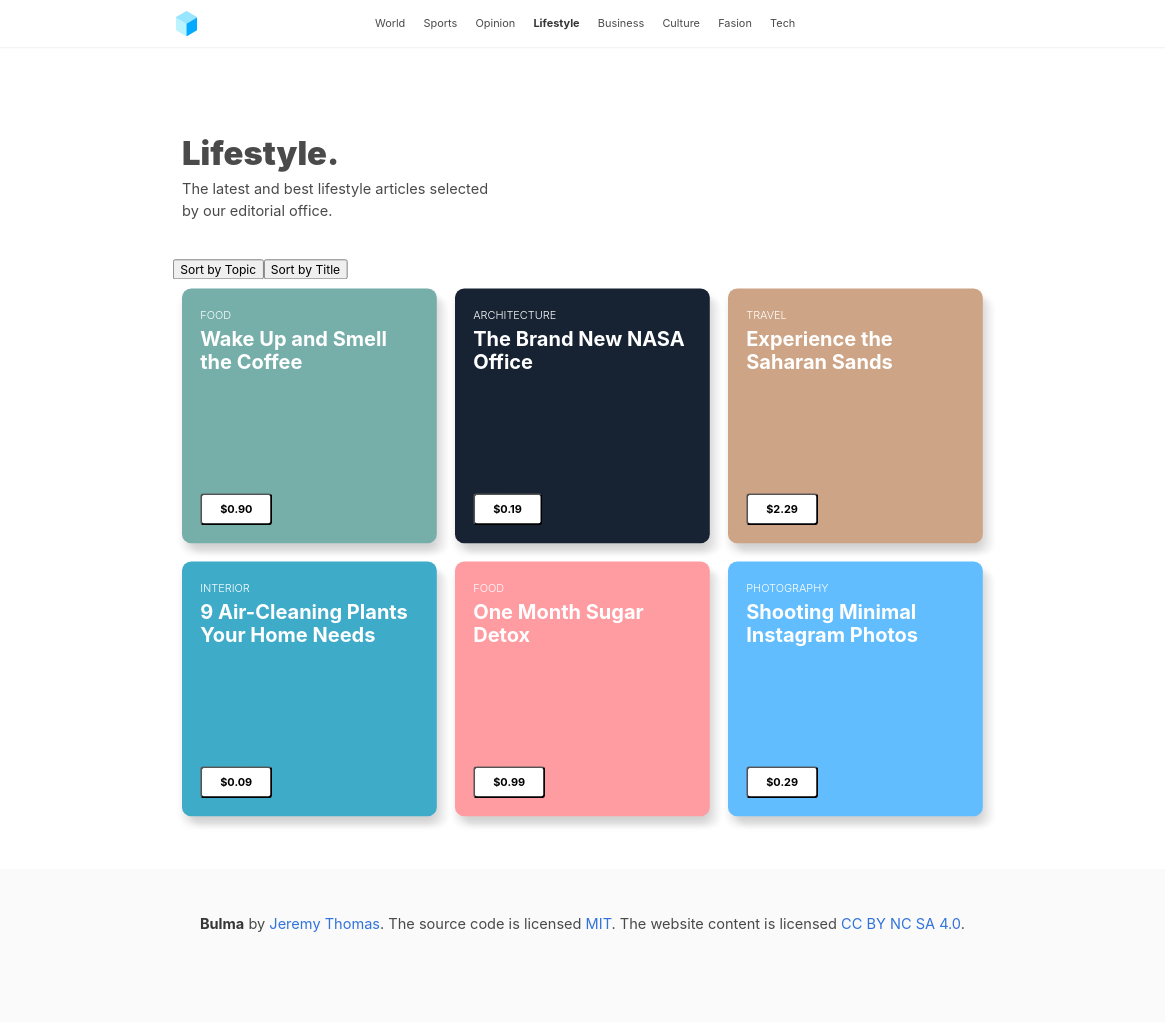
Repository: DOODpls/js_ass1
Page: index.html
An editor plug-in stored every save of this project. The page is shown before and after the next save, followed by the edit.
The browser window is 1280 px wide. The pictures show the whole page, at 91% of full size.

Above is the page before, as saved 2019-11-22 19:32:40.

### index.html
<!DOCTYPE html>
<html>
<head>
    <title></title>
    <link rel="stylesheet" href="https://cdnjs.cloudflare.com/ajax/libs/bulma/0.7.5/css/bulma.min.css" integrity="sha256-vK3UTo/8wHbaUn+dTQD0X6dzidqc5l7gczvH+Bnowwk=" crossorigin="anonymous" />
    <link rel="stylesheet" type="text/css" href="./styles.css">
</head>
<body>

    <nav class="navbar">
        <div class="container">
            <div class="logo"></div>
            <ul>
                <li>World</li>
                <li>Sports</li>
                <li>Opinion</li>
                <li><strong>Lifestyle</strong></li>
                <li>Business</li>
                <li>Culture</li>
                <li>Fasion</li>
                <li>Tech</li>
            </ul>
            <span class="icon">
              <i class="ion-ionic" style='color: black; background: black;'></i>
            </span>
        </div>
    </nav>

    <section class="section">
        <div class="container">
            <div style='margin: 40px 10px 40px'>
                <h1>Lifestyle.</h1>
                <p>The latest and best lifestyle articles selected<br/>
                    by our editorial office.
                </p>
            </div>
        </div>
        <div class="container">
            <div class='card-row' id='content'></div>
        </div>
    </section>

    <footer class="footer">
        <div class="content has-text-centered">
            <p>
                <strong>Bulma</strong> by <a href="https://jgthms.com">Jeremy Thomas</a>. The source code is licensed
                <a href="http://opensource.org/licenses/mit-license.php">MIT</a>. The website content
                is licensed <a href="http://creativecommons.org/licenses/by-nc-sa/4.0/">CC BY NC SA 4.0</a>.
            </p>
        </div>
    </footer>

    <script type="text/javascript" src='./app.js'></script>
</body>
</html>

### styles.css
/* - - - - - - - - - - - - - - - - - - - - - - - - - - - - - -
GENERAL
- - - - - - - - - - - - - - - - - - - - - - - - - - - - - - */
h1 {
    font-size: 36px;
    font-weight: 900;
}

.container {
    max-width: 900px;
}

/* - - - - - - - - - - - - - - - - - - - - - - - - - - - - - -
NAV
- - - - - - - - - - - - - - - - - - - - - - - - - - - - - - */
nav {
    border-bottom: 1px solid #ededed;
}

.navbar > .container {
    display: flex;
    align-items: center;
    justify-content: space-between;
}

nav .container ul {
    display: flex;
}

nav .container ul li {
    margin: 0 10px;
    font-size: 12px;
}

.logo {
    background: url('./img/logo.svg');
    background-size: 24px;
    background-position: center;
    background-repeat: no-repeat;

    height: 30px;
    width: 30px;
}

@media (max-width: 600px) {
    nav .container {
        padding: 0 30px;
    }

    nav .container ul {
        display: none;
    }
}

/* TILES */
.card-row {
    display: flex;
    flex-wrap: wrap;
}

.card {
    height: 280px;
    border-radius: 10px;
    background: rgba(23, 35, 50, 1);
    flex: 1 230px;
    margin: 10px;
    padding: 20px;
    position: relative;
    box-shadow: 2px 8px 9px 0px rgba(0, 0, 0, 0.14),
        11px 11px 6px rgba(0, 0, 0, 0.05);
}

.card .buy-button {
    position: absolute;
    bottom: 20px;
    left: 20px;
    background: white;
    color: black;
    border-radius: 4px;
    padding: 8px 20px;
    font-size: 12px;
    font-weight: 700;
}

.card .topic {
    color: white;
    font-weight: 300;
    font-size: 12px;
    text-transform: uppercase;
    margin-bottom: 5px;
}
.card .title {
    color: white;
    font-weight: 700;
    font-size: 22px;
}

### app.js
const green = 'rgba(118,174, 170, 1)'
const black = 'rgba(23,35, 50, 1)'
const brown = 'rgba(205,164, 133, 1)'
const greenblue = 'rgba(62,171, 201, 1)'
const pink = 'rgba(254,156, 161, 1)'
const blue = 'rgba(98,189, 254, 1)'

const data = [
    {
        topic: 'Food',
        title: 'Wake Up and Smell the Coffee',
        price: '$0.90',
        color: green
    },
    {
        topic: 'Architecture',
        title: 'The Brand New NASA Office',
        price: '$0.19',
        color: black
    },
    {
        topic: 'Travel',
        title: 'Experience the Saharan Sands',
        price: '$2.29',
        color: brown
    },
    {
        topic: 'Interior',
        title: '9 Air-Cleaning Plants Your Home Needs',
        price: '$0.09',
        color: greenblue
    },
    {
        topic: 'Food',
        title: 'One Month Sugar Detox',
        price: '$0.99',
        color: pink
    },
    {
        topic: 'Photography',
        title: 'Shooting Minimal Instagram Photos',
        price: '$0.29',
        color: blue
    }
]

// Instructions
// Take the data above and display it as tiles on the page


    // for(i=0; i<data.length; i++){
    //     let heig
    //     if(i % 2 == 0){
    //         heig = '500px'
    //     }

    //     const tilers = document.querySelector('#content')
    //     const divr = document.createElement('div')
    //     divr.className= 'card'
    //     divr.style.backgroundColor = data[i].color
    //     divr.style.flex = heig
    //     divr.id = 'divtile'+ i
    //     tilers.appendChild(divr)

    //     const p1 = document.querySelector('#divtile'+i)
    //     const pr1 = document.createElement('p')
    //     pr1.textContent = data[i].topic
    //     pr1.className= 'topic'
    //     p1.appendChild(pr1)

    //     const p2 = document.querySelector('#divtile'+i)
    //     const pr2 = document.createElement('p')
    //     pr2.textContent = data[i].title
    //     pr2.className= 'title'
    //     p2.appendChild(pr2)

    //     const btn1 = document.querySelector('#divtile'+i)
    //     const btr2 = document.createElement('button')
    //     btr2.textContent = data[i].price
    //     btr2.className= 'buy-button'
    //     btn1.appendChild(btr2)
    // }
    const tilers = document.querySelector('#content')
    function looop(){
      data.forEach(function(item)
    {
        const divr = document.createElement('div')
        divr.className = 'card'
        divr.style.backgroundColor = item.color
        tilers.appendChild(divr)

        const pr1 = document.createElement('p')
        pr1.textContent = item.topic
        pr1.className= 'topic'
        divr.appendChild(pr1)

        const pr2 = document.createElement('p')
        pr2.textContent = item.title
        pr2.className= 'title'
        divr.appendChild(pr2)

        const btr2 = document.createElement('button')
        btr2.textContent = item.price
        btr2.className= 'buy-button'
        divr.appendChild(btr2)
    })
    }
    looop();

    // tried to do sort, but i suck
    const container = document.querySelector('body section .container')
    const btn1 = document.createElement('button')
    btn1.className= 'topic'
    btn1.id = "butt1"
    btn1.innerText = "Sort by Topic"
    const btn2 = document.createElement('button')
    btn2.className= 'bytitle'
    btn2.id = "butt2"
    btn2.innerText = "Sort by Title"
    const btn3 = document.createElement('button')
    btn3.className= 'price'
    btn3.id = "butt3"
    btn3.innerText = "Sort by price"
    container.append(btn1, btn2)

    function sort1(){
        data.sort((a, b) => (a.topic > b.topic) ? 1 : -1)
    }
    function sort2(){
      data.sort((a, b) => (a.title > b.title) ? 1 : -1)
    }
    function sort3(){
      data.sort((a, b) => (a.price > b.price) ? 1 : -1)
    }

    btn1.addEventListener('click', function(event) {
        sort1();
        tilers.innerHTML = "";
        looop();
    })
    btn2.addEventListener('click', function(event) {
      sort2();
      tilers.innerHTML = "";
      looop();
  })

    //this one also works lolllll
    // data.forEach(function(items)
    // {
    // //   document.getElementById('content').innerHTML += '<div class="card" style="background-color:'+items.color+'"><p class="topic">'+items.topic+'</p><p class="title">'+items.title+'</p><button class="buy-button">'+items.price+'</button></div>';
    // })

After the next save:
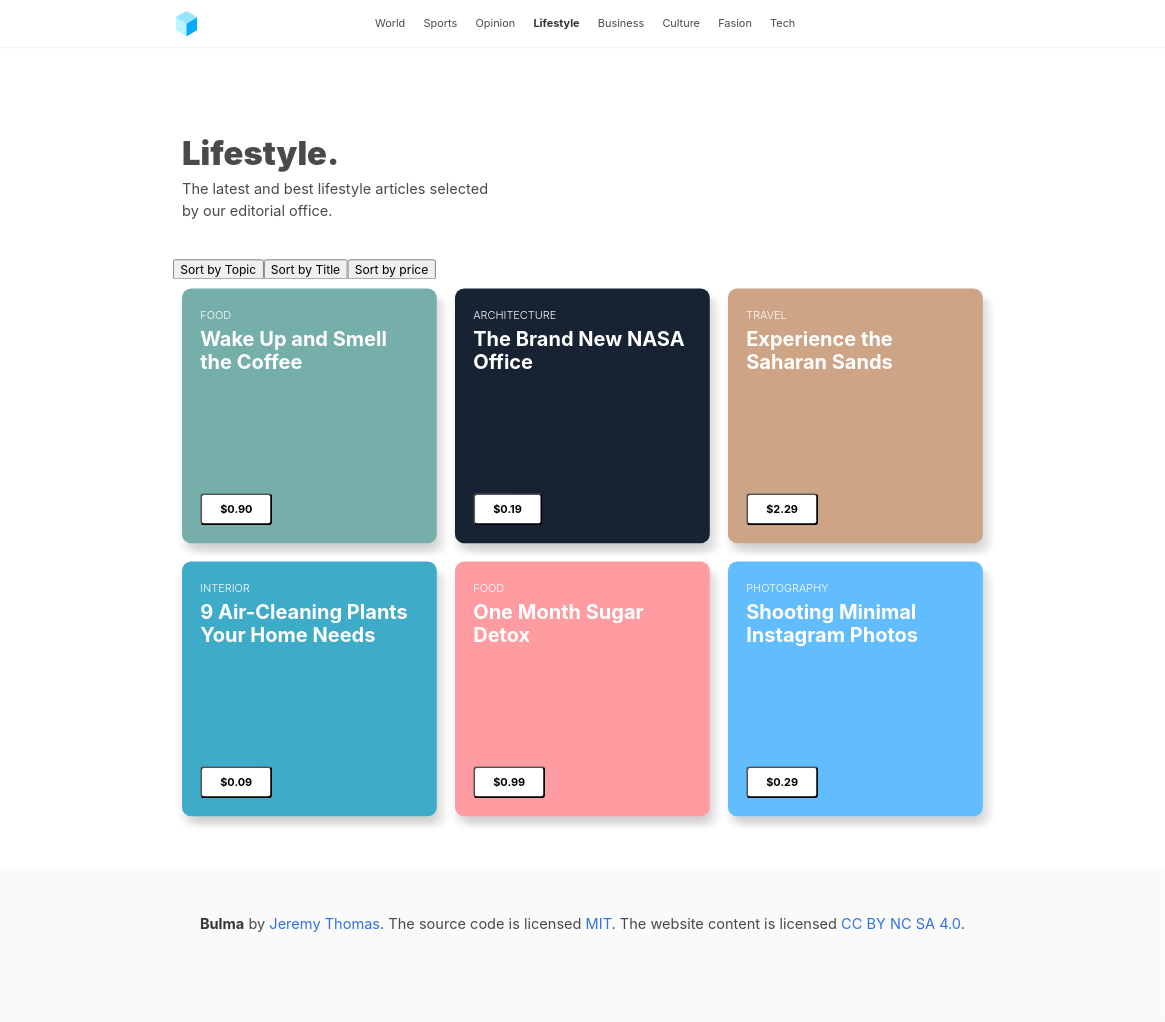
Saved 7 s later.
--- a/app.js
+++ b/app.js
@@ -121,7 +121,7 @@ const data = [
     btn3.className= 'price'
     btn3.id = "butt3"
     btn3.innerText = "Sort by price"
-    container.append(btn1, btn2)
+    container.append(btn1, btn2, btn3)
 
     function sort1(){
         data.sort((a, b) => (a.topic > b.topic) ? 1 : -1)
